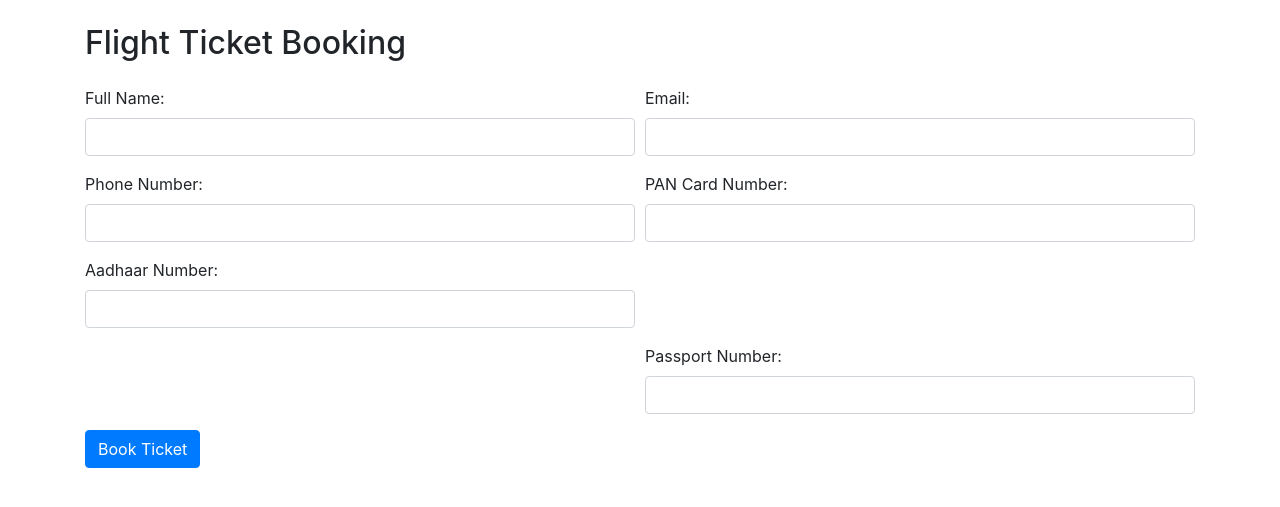
Repository: Hari-mani-don/JavaDynamicProjectWorkspace
Page: http://localhost/Airline/ticketBookingPage.jsp
An editor plug-in stored every save of this project. The page is shown before and after the next save, followed by the edit.
The browser window is 1280 px wide. The pictures show the whole page.
The page is served by Tomcat 9.

Above is the page before, as saved 2024-05-15 23:18:10.

### Airline/src/main/webapp/ticketBookingPage.jsp
<%@ page language="java" contentType="text/html; charset=UTF-8"
	pageEncoding="UTF-8"%>
<!DOCTYPE html>
<html lang="en">
<head>
<meta charset="UTF-8">
<meta name="viewport" content="width=device-width, initial-scale=1.0">

<title>Flight Ticket Booking</title>
<link rel="stylesheet"
	href="https://stackpath.bootstrapcdn.com/bootstrap/4.5.2/css/bootstrap.min.css">

<style>
</style>
</head>
<body>
<%
String source = request.getParameter("source");
String destination = request.getParameter("destination");
String amount = request.getParameter("amount");
String time = request.getParameter("time");
String flightNumber = request.getParameter("flightNumber");
String flightName = request.getParameter("flightName");
%>
	<div class="container">
		<h2 class="mt-4 mb-4">Flight Ticket Booking</h2>
		<form action="TicketBookingServlet" method="post" id="bookingForm">
			<div class="form-row">
				<div class="form-group col-md-6">
					<label for="fullName">Full Name:</label> <input type="text"
						class="form-control" id="fullName" name="fullName" required>
				</div>
				<div class="form-group col-md-6">
					<label for="email">Email:</label> <input type="email"
						class="form-control" id="email" name="email" required>
				</div>
			</div>
			<div class="form-row">
				<div class="form-group col-md-6">
					<label for="phone">Phone Number:</label> <input type="tel"
						class="form-control" id="phone" name="phone" pattern="[0-9]{10}"
						required>
				</div>
				<div class="form-group col-md-6">
					<label for="panCard">PAN Card Number:</label> <input type="text"
						class="form-control" id="panCard" name="panCard" required>
				</div>
			</div>
			<div class="form-row">
				<div class="form-group col-md-6">
					<label for="aadhaar">Aadhaar Number:</label> <input type="tel"
						class="form-control" id="aadhaar" name="aadhaar"
						pattern="[0-9]{12}" required>
				</div>

			</div>
			<div class="form-row">
			<input type="hidden"class="form-control" id="destination" name="destination" value="<%=destination %>" required>
				 <input type="hidden"class="form-control" id="source" name="source" value="<%=source %>" required>
				 <input type="hidden"class="form-control" id="amount" name="amount" value="<%=amount %>" required>
				 <input type="hidden"class="form-control" id="time" name="time" value="<%=time %>" required>
				 <input type="hidden"class="form-control" id="flightNumber" name="flightNumber" value="<%=flightNumber %>" required>
				 <input type="hidden"class="form-control" id="flightName" name="flightName" value="<%=flightName %>" required>

				<div class="form-group col-md-6">

				</div>
				<div class="form-group col-md-6">
					<label for="passport">Passport Number:</label> <input type="number"
						class="form-control" id="passport" name="passport" required>
				</div>
			</div>
			<button type="submit" class="btn btn-primary">Book Ticket</button>
		</form>
	</div>


	<script>
		document.addEventListener("DOMContentLoaded", function() {
			// Get all input fields that require dynamic validation
			const inputFields = document.querySelectorAll('.form-control');

			// Add event listener for input event to each input field
			inputFields.forEach(function(inputField) {
				inputField.addEventListener('input', function(event) {
					// Check if the input field is valid
					if (inputField.validity.valid) {
						// Add the 'is-valid' class
						inputField.classList.add('is-valid');
						// Remove the 'is-invalid' class if present
						inputField.classList.remove('is-invalid');
					} else {
						// Add the 'is-invalid' class
						inputField.classList.add('is-invalid');
						// Remove the 'is-valid' class if present
						inputField.classList.remove('is-valid');
					}
				});
			});

			// Add event listener for form submission
			document.querySelector('form').addEventListener('submit',
					function(event) {
						// Prevent form submission if any input field is invalid
						if (!this.checkValidity()) {
							event.preventDefault();
							event.stopPropagation();
						}

						// Add 'was-validated' class to show validation styles
						this.classList.add('was-validated');
					});
		});
	</script>
</body>
</html>

After the next save:
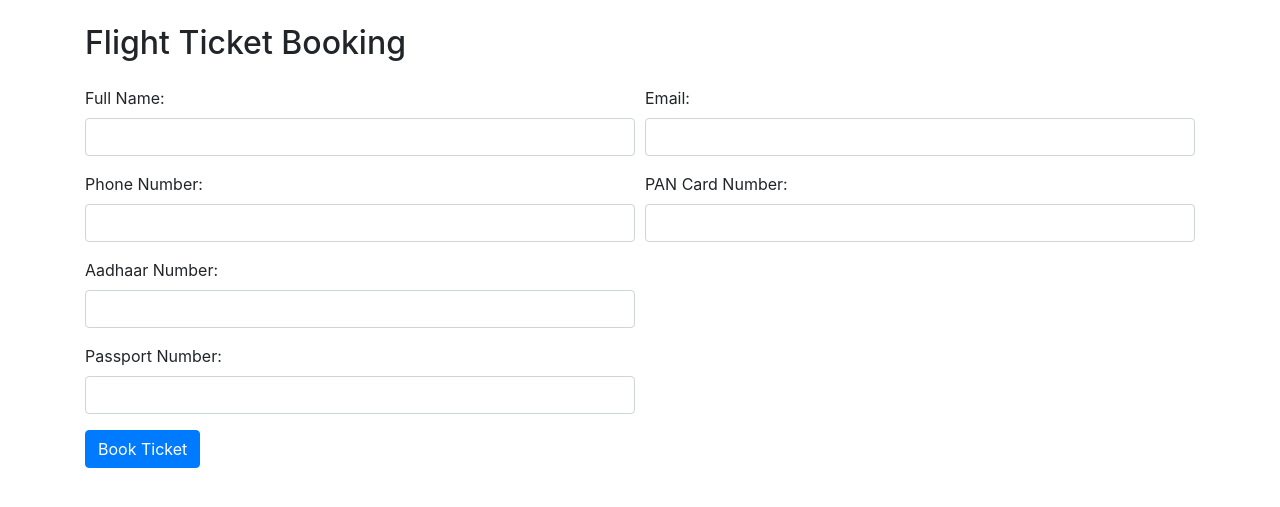
Saved 4 s later.
--- a/Airline/src/main/webapp/ticketBookingPage.jsp
+++ b/Airline/src/main/webapp/ticketBookingPage.jsp
@@ -61,10 +61,8 @@ String flightName = request.getParameter("flightName");
 				 <input type="hidden"class="form-control" id="time" name="time" value="<%=time %>" required>
 				 <input type="hidden"class="form-control" id="flightNumber" name="flightNumber" value="<%=flightNumber %>" required>
 				 <input type="hidden"class="form-control" id="flightName" name="flightName" value="<%=flightName %>" required>
-
-				<div class="form-group col-md-6">
-
-				</div>
+				<input type="hidden"
+						class="form-control" id="source" name="source" value="<%=source %>" required>
 				<div class="form-group col-md-6">
 					<label for="passport">Passport Number:</label> <input type="number"
 						class="form-control" id="passport" name="passport" required>
